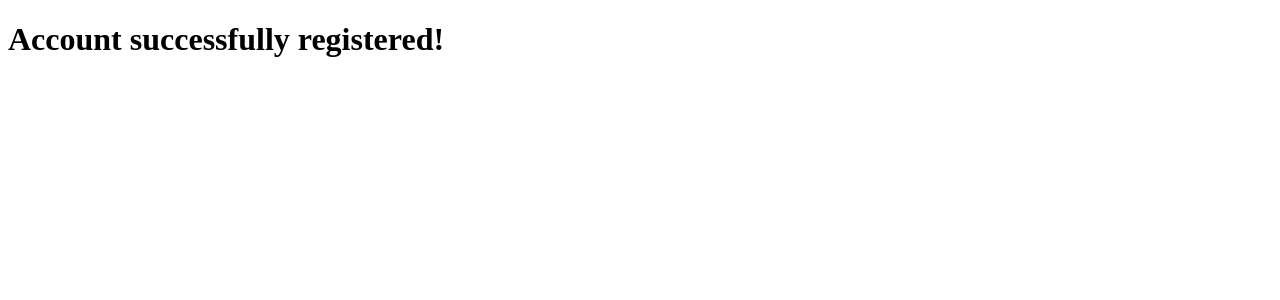
Repository: rukmini10/DXC
Page: http://localhost/Account/AccountHolderDetails.jsp
These files come from the project's save history. The page is drawn as it stood at one moment and after the next save; the edit follows.
The browser window is 1280 px wide. The pictures show the whole page.
The page is served by Tomcat 9. Other server files are loaded and not shown.

Above is the page before, as saved 2022-05-03 16:11:21.

### DXC_MAVEN/Account/src/main/webapp/AccountHolderDetails.jsp
<%@ page language="java" contentType="text/html; charset=ISO-8859-1"
    pageEncoding="ISO-8859-1"%>
<!DOCTYPE html>
<html>
<head>
<meta charset="ISO-8859-1">
<title>Insert title here</title>
</head>
<body>
 <h1>Account successfully registered!</h1>
</body>
</html>

After the next save:
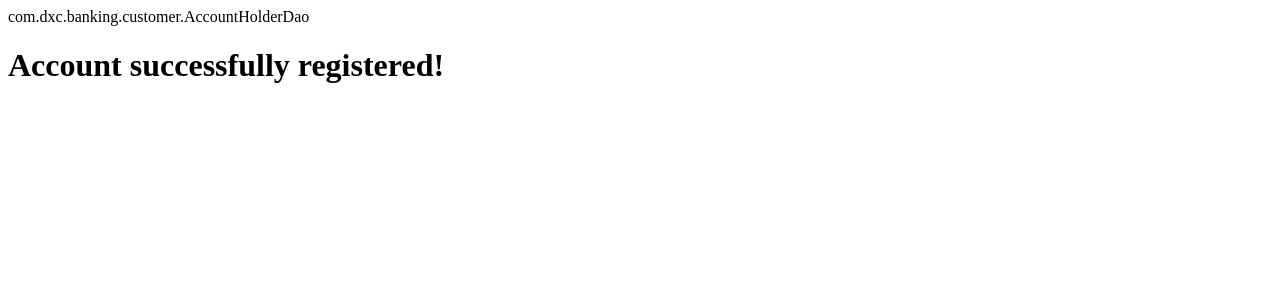
Saved 15 min 9 s later.
--- a/DXC_MAVEN/Account/src/main/webapp/AccountHolderDetails.jsp
+++ b/DXC_MAVEN/Account/src/main/webapp/AccountHolderDetails.jsp
@@ -1,5 +1,7 @@
 <%@ page language="java" contentType="text/html; charset=ISO-8859-1"
     pageEncoding="ISO-8859-1"%>
+
+    com.dxc.banking.customer.AccountHolderDao
 <!DOCTYPE html>
 <html>
 <head>

After the save that followed:
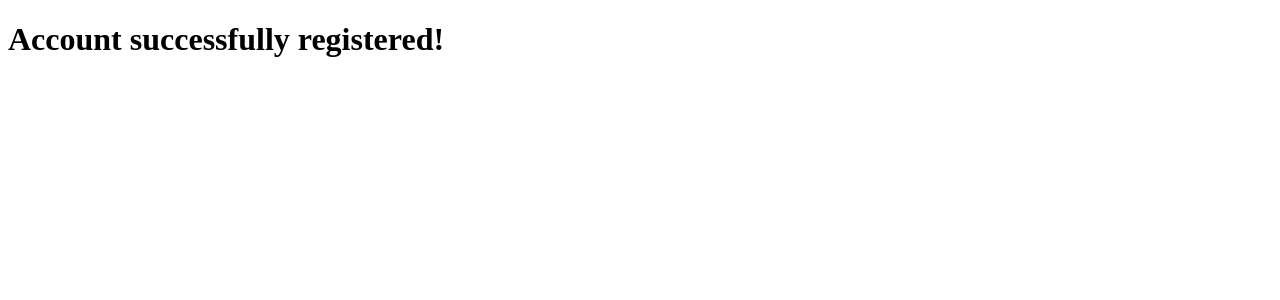
Saved 30 s later.
--- a/DXC_MAVEN/Account/src/main/webapp/AccountHolderDetails.jsp
+++ b/DXC_MAVEN/Account/src/main/webapp/AccountHolderDetails.jsp
@@ -1,7 +1,7 @@
 <%@ page language="java" contentType="text/html; charset=ISO-8859-1"
     pageEncoding="ISO-8859-1"%>
 
-    com.dxc.banking.customer.AccountHolderDao
+ <%@ page import="com.dxc.banking.customer.AccountHolderDao"%>
 <!DOCTYPE html>
 <html>
 <head>
